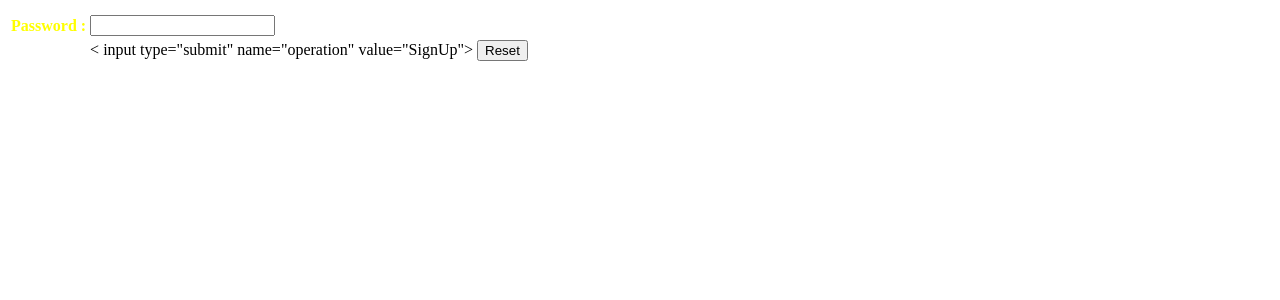
Repository: Jatdevta/AdvanceJava
Page: http://localhost/DynamicProject/Login.jsp
The author's editor kept a copy of each file at every save. The page is drawn from the files as they stood at one save, then again after the next save.
The browser window is 1280 px wide. The pictures show the whole page.
The page is served by Tomcat 9. Other server files are loaded and not shown.

Above is the page before, as saved 2023-08-18 08:13:30.

### Advancejava/DynamicProject/WebContent/Login.jsp
<%@ page language="java" contentType="text/html; charset=ISO-8859-1"
	pageEncoding="ISO-8859-1"%>
<!DOCTYPE html>
<html>
<head>
<meta charset="ISO-8859-1">
<title>Insert title here</title>
</head>
<body>
	<form action=""></form>

	<table>
		<tr>
		<tr>
		<tr>
			<th style="color: yellow;">Password :</th>
			<td><input type="password" name="password"></td>
		<tr>
			<th>
			<td>< input type="submit" name="operation" value="SignUp"> <input
				type="submit" name="operation" value="Reset"></td>
			</th>
		</tr>








	</table>


</body>
</html>

After the next save:
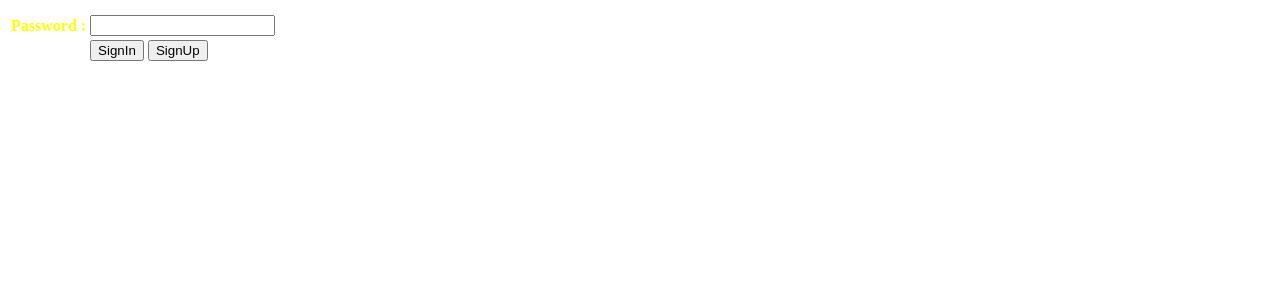
Saved 53 s later.
--- a/Advancejava/DynamicProject/WebContent/Login.jsp
+++ b/Advancejava/DynamicProject/WebContent/Login.jsp
@@ -16,10 +16,10 @@
 			<th style="color: yellow;">Password :</th>
 			<td><input type="password" name="password"></td>
 		<tr>
-			<th>
-			<td>< input type="submit" name="operation" value="SignUp"> <input
-				type="submit" name="operation" value="Reset"></td>
-			</th>
+			<th></th>
+			<td><input type="submit" name="operation" value="SignIn"> <input
+				type="submit" name="operation" value="SignUp"></td>
+
 		</tr>
 
 
